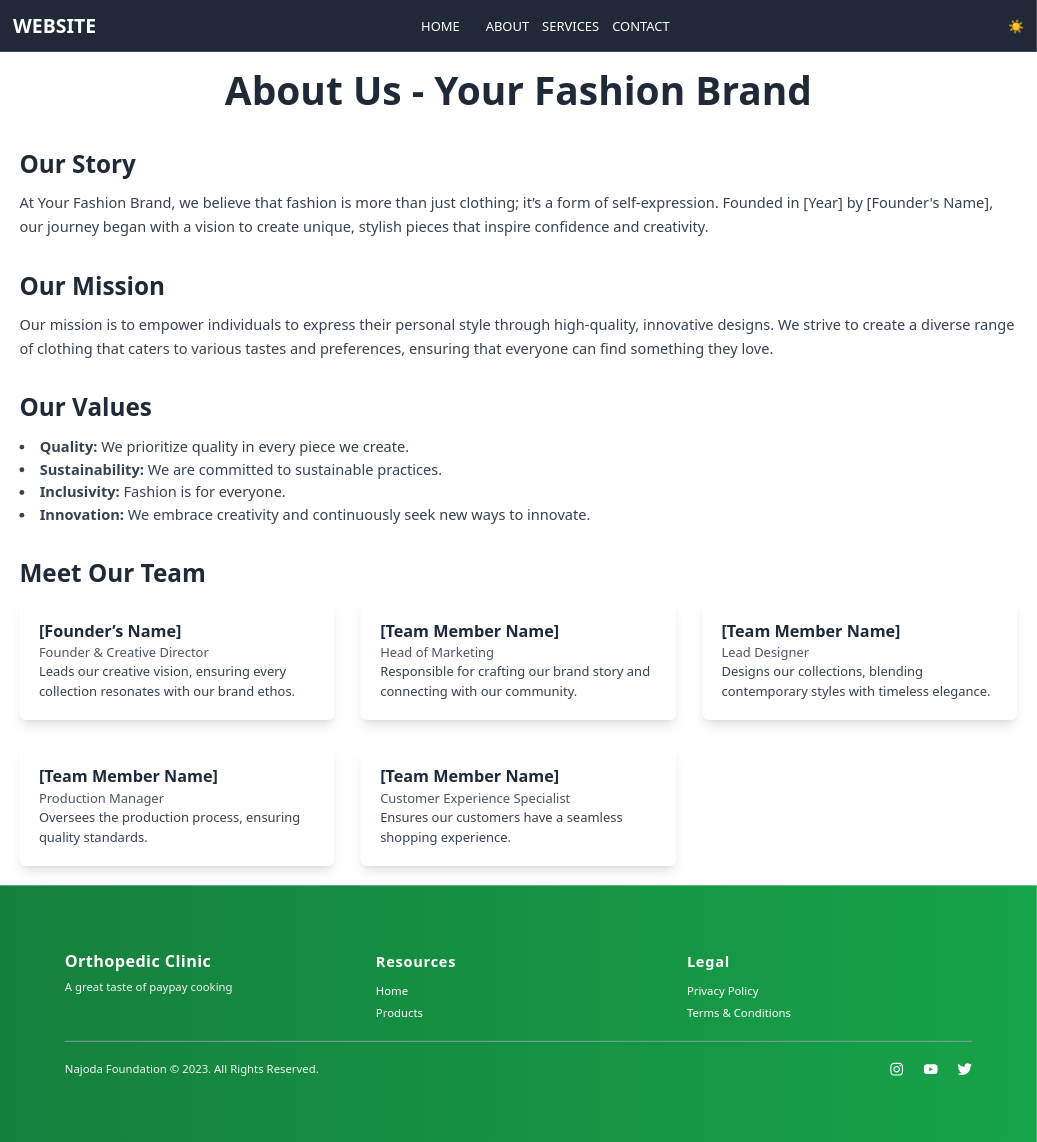
Repository: countaustin1990/file-C-Users-user-Documents-Final-20Cart
Page: /about (app in Documents/BXXXN/my-app/)
The author's editor kept a copy of each file at every save. The page is drawn from the files as they stood at one save, then again after the next save.
The browser window is 1280 px wide. The pictures show the whole page, at 81% of full size.
The project was rebuilt for these pictures with package versions that can differ from the ones it lists, and the page was loaded fresh each time. Also part of the build but not shown: Documents/BXXXN/my-app/vite.config.js, Documents/BXXXN/my-app/src/components/folder/HeroSection.test.jsx, Documents/BXXXN/my-app/src/components/horizontalscroll/style.css, Documents/BXXXN/my-app/src/components/horizontalscroll/HorizontalScroll.jsx, Documents/BXXXN/my-app/src/pages/home/Home.test.jsx, Documents/BXXXN/my-app/src/pages/contact/Contact.jsx, Documents/BXXXN/my-app/src/pages/services/Services.test.jsx.

Above is the page before, as saved 2024-10-31 23:18:08.

After the next save:
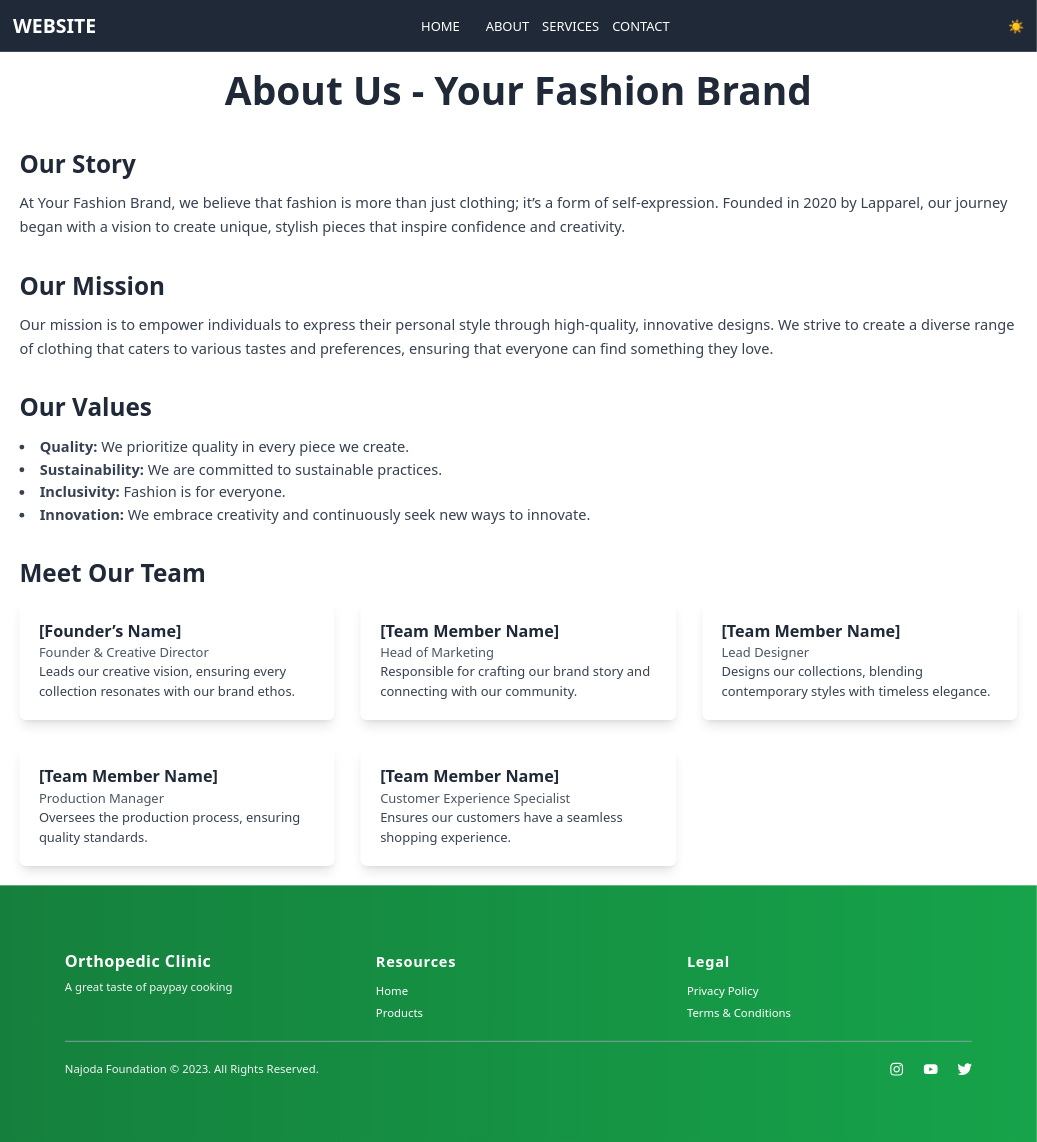
Saved 32 s later.
--- a/Documents/BXXXN/my-app/src/pages/about/About.jsx
+++ b/Documents/BXXXN/my-app/src/pages/about/About.jsx
@@ -1,4 +1,4 @@
-import React from 'react';
+
 
 const About = () => {
   return (
@@ -9,7 +9,7 @@ const About = () => {
         <h2 className="text-3xl font-semibold text-gray-800 mb-4">Our Story</h2>
         <p className="text-lg text-gray-700 leading-relaxed">
           At Your Fashion Brand, we believe that fashion is more than just clothing; it’s a form of self-expression.
-          Founded in [Year] by [Founder's Name], our journey began with a vision to create unique, stylish pieces that inspire confidence and creativity.
+          Founded in 2020 by Lapparel, our journey began with a vision to create unique, stylish pieces that inspire confidence and creativity.
         </p>
       </section>
 
